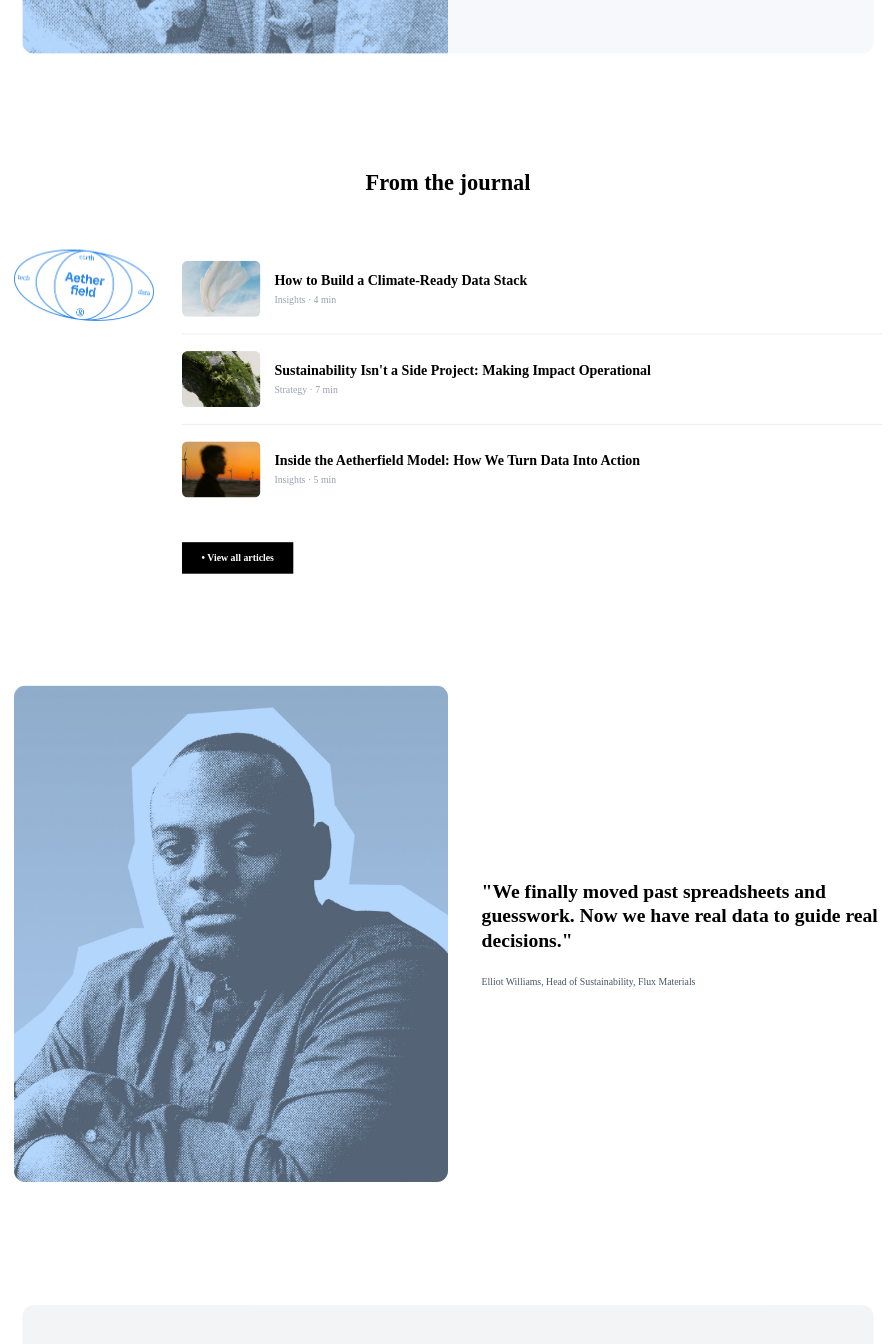
Repository: neelpatel6262/Aetherfield-SaaS
Page: /
These files come from the project's save history. The page is drawn as it stood at one moment and after the next save; the edit follows.
The browser window is 1280 px wide. The pictures show the part of the page from y = 2891 to 4811 px (the page is 5971 px tall before and 6066 px after), at 70% of full size.
Some web fonts or font styles are not loaded; a fallback is used. The project was rebuilt for these pictures with package versions that can differ from the ones it lists, and the page was loaded fresh each time. Also part of the build but not shown: vite.config.js, src/pages/About.jsx, src/pages/Journal.jsx, src/pages/Article.jsx, src/pages/Careers.jsx, src/pages/JobListing.jsx, src/pages/Signup.jsx.

Above is the page before, as saved 2026-03-01 00:01:25.

After the next save:
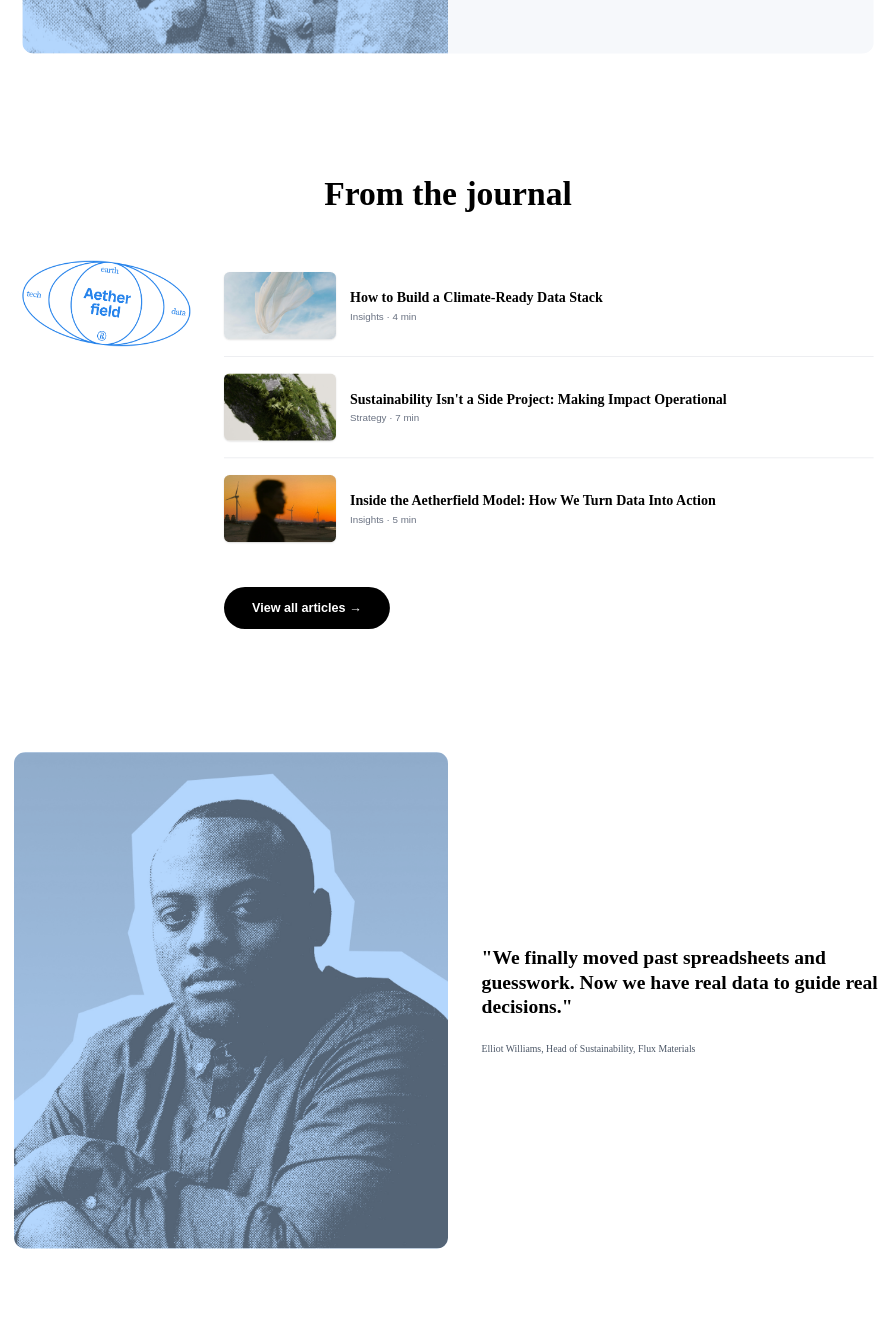
Saved 2 min 25 s later.
--- a/src/components/sections/JournalPreview.jsx
+++ b/src/components/sections/JournalPreview.jsx
@@ -2,49 +2,81 @@
 import { Link } from 'react-router-dom'
 import { articles } from '../../data/article'
 import Sticker from '../../assets/images/Sticker.png'
+function JournalPreview() {
+  const previewArticles = articles.slice(0, 3);
 
-const JournalPreview = () => {
   return (
-    <section className="w-full bg-white py-20">
-      <div className="w-container max-w-container mx-auto px-5">
-
-        <h2 className="text-[32px] font-extrabold text-black text-center mb-16 font-[heading]">
+    <section className="w-full bg-white py-16 md:py-20 lg:py-24">
+      <div className="mx-auto w-full max-w-7xl px-5 md:px-6 lg:px-8">
+        {/* Headline */}
+        <h2 className="mb-12 text-center text-3xl font-extrabold text-black md:mb-16 md:text-4xl lg:text-5xl">
           From the journal
         </h2>
 
-        <div className="flex flex-col md:flex-row gap-10 items-start">
-
+        <div className="flex flex-col items-start gap-10 lg:flex-row lg:gap-12">
+          {/* Sticker / visual accent */}
           <div className="flex-shrink-0 pt-2">
-            <img src={Sticker} alt="Aetherfield Journal" className="w-[200px] h-auto object-contain" />
+            <img
+              src={Sticker}
+              alt="Aetherfield Journal badge"
+              className="h-auto w-44 object-contain md:w-52 lg:w-60"
+            />
           </div>
 
-          <div className="flex-1 flex flex-col">
-            {articles.slice(0, 3).map((article, index) => (
+          {/* Article previews + CTA */}
+          <div className="w-full flex-1">
+            <div className="divide-y divide-gray-200">
+              {previewArticles.map((article) => (
+                <Link
+                  key={article.id}
+                  to={`/journal/${article.slug}`}
+                  className="
+                    group flex items-center gap-5 py-6 transition-all duration-200
+                    hover:bg-gray-50 hover:rounded-lg hover:px-4
+                    focus:outline-none focus:ring-2 focus:ring-black/20
+                  "
+                >
+                  <img
+                    src={article.image}
+                    alt={article.title}
+                    className="
+                      h-20 w-32 flex-shrink-0 rounded-lg object-cover shadow-sm
+                      transition-transform duration-300 group-hover:scale-[1.03]
+                      md:h-24 md:w-40
+                    "
+                  />
+
+                  <div className="min-w-0 flex-1">
+                    <h3 className="line-clamp-2 text-lg font-semibold leading-tight text-black group-hover:text-black/80 md:text-xl">
+                      {article.title}
+                    </h3>
+                    <p className="mt-1 text-sm text-gray-500">
+                      {article.category} · {article.time}
+                    </p>
+                  </div>
+                </Link>
+              ))}
+            </div>
+
+            {/* CTA */}
+            <div className="mt-10">
               <Link
-                key={article.id}
-                to={`/journal/${article.slug}`}
-                className={`flex flex-row gap-5 items-center py-6 w-full hover:opacity-80 transition no-underline ${index !== 2 ? 'border-b border-gray-200' : ''}`}
+                to="/journal"
+                className="
+                  inline-flex items-center rounded-full bg-black
+                  px-8 py-4 text-base font-semibold text-white
+                  transition hover:bg-black/90 active:opacity-80
+                  md:px-10 md:text-lg
+                "
               >
-                <img src={article.image} alt={article.title} className="w-28 h-20 object-cover rounded-lg flex-shrink-0" />
-                <div className="flex flex-col gap-1">
-                  <p className="text-[20px] font-semibold text-black leading-snug font-[heading]">{article.title}</p>
-                  <p className="text-[14px] text-gray-400 font-[subheading]">{article.category} · {article.time}</p>
-                </div>
-              </Link>
-            ))}
-            <div className="mt-10">
-              <Link to="/journal">
-                <button className="bg-black text-white text-[14px] font-semibold px-7 py-3 hover:opacity-75 transition font-[btn]">
-                  • View all articles
-                </button>
+                View all articles →
               </Link>
             </div>
           </div>
-
         </div>
       </div>
     </section>
-  )
+  );
 }
 
-export default JournalPreview
+export default JournalPreview;
